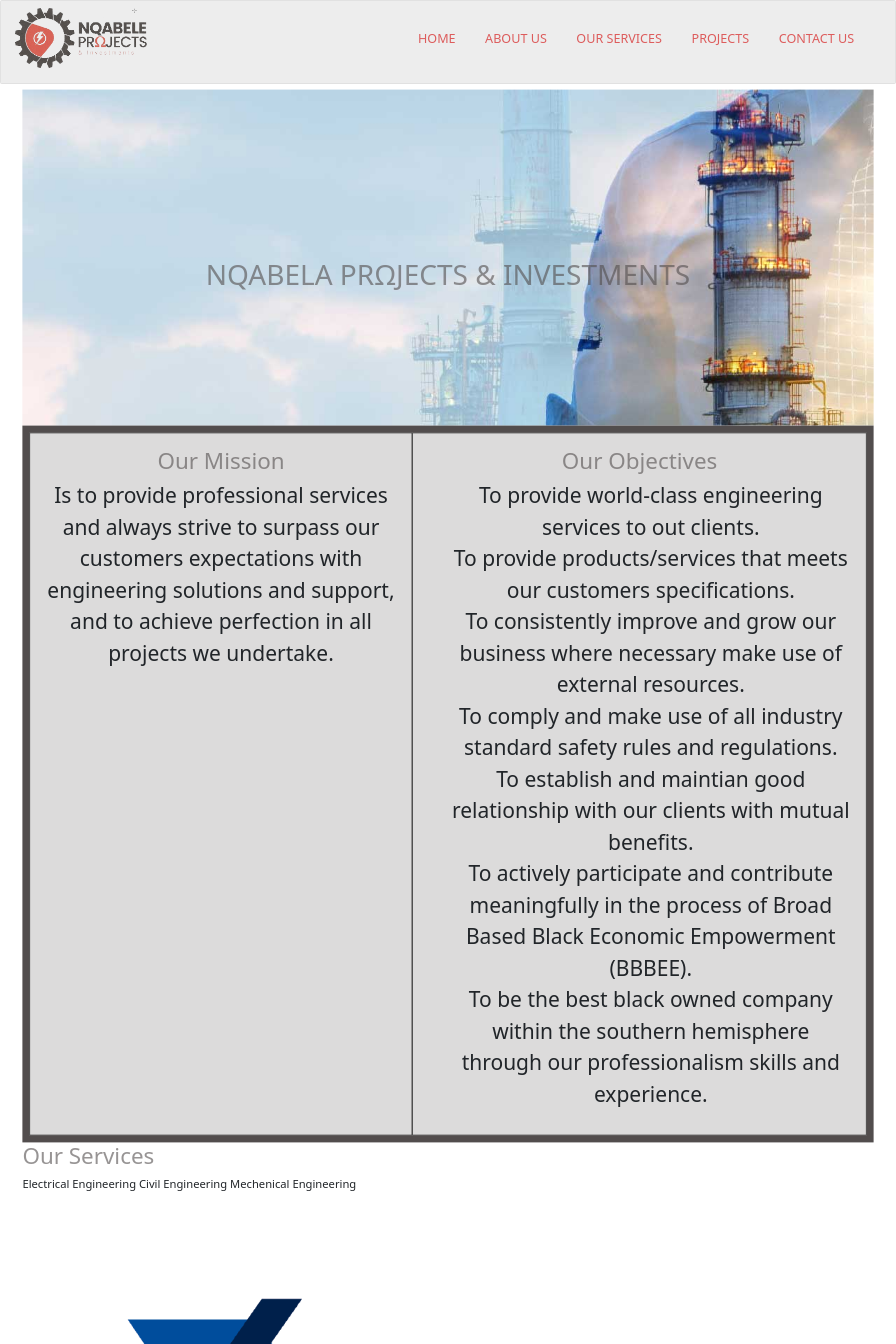
Repository: mnqobiMenzi/Nqabela
Page: index.html
These files come from the project's save history. The page is drawn as it stood at one moment and after a run of saves; the edit follows.
The browser window is 1280 px wide. The pictures show the part of the page from y = 0 to 1920 px (the page is 3090 px tall), at 70% of full size.

Above is the page before, as saved 2024-01-30 20:30:23.

### index.html
<!DOCTYPE html>
<html lang="en">
<head>
    <meta charset="UTF-8">
    <meta name="viewport" content="width=device-width, initial-scale=1.0">
    <link rel="stylesheet" href="https://cdnjs.cloudflare.com/ajax/libs/font-awesome/6.5.1/css/all.min.css" integrity="sha512-DTOQO9RWCH3ppGqcWaEA1BIZOC6xxalwEsw9c2QQeAIftl+Vegovlnee1c9QX4TctnWMn13TZye+giMm8e2LwA==" crossorigin="anonymous" referrerpolicy="no-referrer" />
    <link rel="stylesheet" href="https://cdnjs.cloudflare.com/ajax/libs/normalize/8.0.1/normalize.min.css" integrity="sha512-NhSC1YmyruXifcj/KFRWoC561YpHpc5Jtzgvbuzx5VozKpWvQ+4nXhPdFgmx8xqexRcpAglTj9sIBWINXa8x5w==" crossorigin="anonymous" referrerpolicy="no-referrer" />
    <link href="https://cdn.jsdelivr.net/npm/bootstrap@5.3.2/dist/css/bootstrap.min.css" rel="stylesheet" integrity="sha384-T3c6CoIi6uLrA9TneNEoa7RxnatzjcDSCmG1MXxSR1GAsXEV/Dwwykc2MPK8M2HN" crossorigin="anonymous">
    <title>Nqabela Projects &amp; Investments</title>
    <link rel="icon" href="images/icon.ico" type="image/x-icon">
    <link rel="stylesheet" href="style/style.css">
</head>
<body>
    <header>
        <nav class="navbar">
            <div class="logo">
                <a href="#"><img src="images/logo.png" alt="Nqabela_logo" class="logo-img"></a>
            </div>
            <ul class="navbar-list">
                <li class="navbar-item"><a href="#" class="navbar-link active">Home</a></li>
                <li class="navbar-item"><a href="aboutus.html" class="navbar-link active">About Us</a></li>
                <li class="navbar-item"><a href="services.html" class="navbar-link active">Our Services</a></li>
                <li class="navbar-item"><a href="projects.html" class="navbar-link active">Projects</a></li>
                <li class="navbar-item"><a href="contactus.html" class="navbar-link active">Contact Us</a></li>
            </ul>
        </nav>
    </header>
    <section>
        <div class="slider">
            <h1>NQABELA PR&Omega;JECTS &amp; INVESTMENTS</h1>
        </div>
        <div class="content grid-container">
            <div class="grid-item">
                <h2>Our Mission</h2>
                <p>Is to provide professional services and always strive to surpass our customers expectations with engineering solutions and support, and to achieve perfection in all projects we undertake.</p>
            </div>
            <div class="grid-item">
                <h2>Our Objectives</h2>
                <ul>
                    <li>To provide world-class engineering services to out clients.</li>
                    <li>To provide products/services that meets our customers specifications.</li>
                    <li>To consistently improve and grow our business where necessary make use of external resources.</li>
                    <li>To comply and make use of all industry standard safety rules and regulations.</li>
                    <li>To establish and maintian good relationship with our clients with mutual benefits.</li>
                    <li>To actively participate and contribute meaningfully in the process of Broad Based Black Economic Empowerment (BBBEE).</li>
                    <li>To be the best black owned company within the southern hemisphere through our professionalism skills and experience.</li>
                </ul>
            </div>
        </div>
        <div class="services">
            <h2>Our Services</h2>
            <span>Electrical Engineering</span>
            <span>Civil Engineering</span>
            <span>Mechenical Engineering</span>
        </div>
    </section>
    <footer>
        <div class="afiliates">
            <img src="images/Ecsa.png" alt="Engineering Council of South Africa">
            <img src="images/eca.png" alt="Electrical Contractors Association (South Africa)">
            <img src="images/Untitled-1Artboard-46.jpg" alt="Electrical Contractors Association (South Africa)">
        </div>
        <div class="social-media">
        </div>
    </footer>
</body>
<script src="https://cdn.jsdelivr.net/npm/bootstrap@5.3.2/dist/js/bootstrap.bundle.min.js" integrity="sha384-C6RzsynM9kWDrMNeT87bh95OGNyZPhcTNXj1NW7RuBCsyN/o0jlpcV8Qyq46cDfL" crossorigin="anonymous"></script>
<script src="https://cdnjs.cloudflare.com/ajax/libs/font-awesome/6.5.1/js/all.min.js" integrity="sha512-GWzVrcGlo0TxTRvz9ttioyYJ+Wwk9Ck0G81D+eO63BaqHaJ3YZX9wuqjwgfcV/MrB2PhaVX9DkYVhbFpStnqpQ==" crossorigin="anonymous" referrerpolicy="no-referrer"></script>
<script src="https://code.jquery.com/jquery-3.4.1.js"></script>
</html>

### style/style.css
*
{
    padding: 0;
    margin: 0;
    text-decoration: none;
    list-style: none;
    box-sizing: border-box;
}

:root{
    --textColor: rgb(82, 77, 77, 0.1);
    --backgroundColor: rgb(221, 92, 92);
}

section{
    padding: 8em 2em 8em 2em;
}

img{
    max-height: 100%;
    max-width: 100%;
}

h1, h2, h3, h4, h5, h6{
    font-size: bold;
    color: rgb(82, 77, 77, 0.6);
}

/* header */
nav.navbar{
    height: 120px;
    width: 100%;
    background: var(--textColor);
    position: fixed;
    z-index: 100;
    border: 1px solid var(--textColor);
    border-radius: 0.2em;
    margin-left: 0.01em;
}

div.logo {
    margin: 0 1em 1em 0.5em;
}

div.logo img {
    max-width: 100%;
    max-height: 90px;
}

nav.navbar ul {
    float: left;
    margin-right: 40px;

}

nav.navbar li {
    display: inline-block;
    margin: 0 8px;
    line-height: 80px;
}

nav.navbar a {
    color: var(--backgroundColor);
    font-size: 18px;
    text-transform: uppercase;
    border: 1px solid transparent;
    padding: 7px 10px;
    border-radius: 3px;
    text-decoration: none;
}

.navbar-link:hover {
    text-decoration: none;
    border: 1.2px solid var(--backgroundColor);
    color: rgb(82, 77, 77);
    transition: all 0.5s ease-in-out;
}

/* Slider */
section div.slider{
    background-image: url(../images/civil-electrical-FoE-Slider-475x330px@4x-20.jpg);
    height: 30em;
    width: 100%;
    text-align: center;
    padding-top: 15em;
}

/* Web Content */
.grid-container {
  display: grid;
  grid-template-columns: auto auto;
  background-color:rgb(82, 77, 77);
  padding: 10px;
}

.grid-item {
  background-color: rgba(255, 255, 255, 0.8);
  border: 1px solid rgba(0, 0, 0, 0.8);
  padding: 20px;
  font-size: 30px;
  text-align: center;
}

After the next 3 saves:
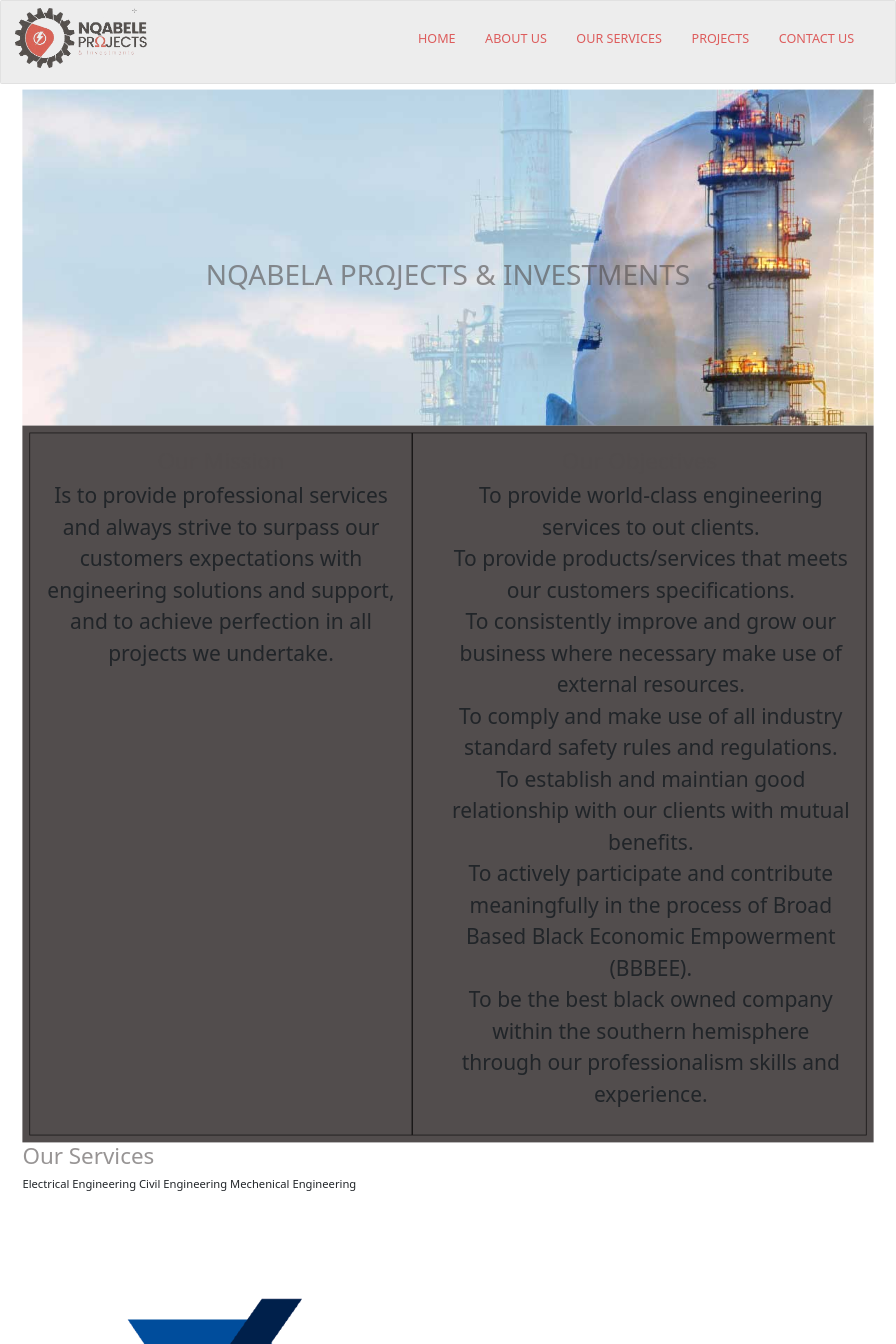
The 3 saves are shown as one change because they came seconds apart.
The last was saved 39 s later.
--- a/style/style.css
+++ b/style/style.css
@@ -94,7 +94,7 @@
 }
 
 .grid-item {
-  background-color: rgba(255, 255, 255, 0.8);
+  background-color: var(--textColor);
   border: 1px solid rgba(0, 0, 0, 0.8);
   padding: 20px;
   font-size: 30px;
